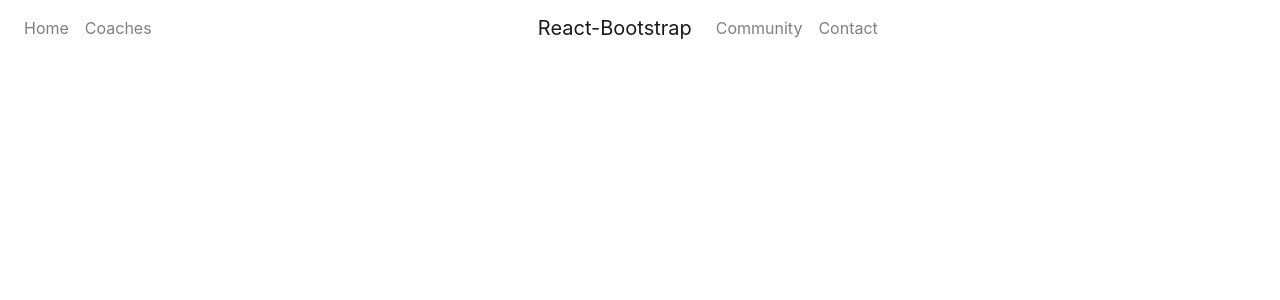
Repository: rihemebh/PersoCoach-Back
Page: / (app in persocoach/persocoach-front/)
These files come from the project's save history. The page is drawn as it stood at one moment and after the next save; the edit follows.
The browser window is 1280 px wide. The pictures show the whole page.
The project was rebuilt for these pictures with package versions that can differ from the ones it lists, and the page was loaded fresh each time.

Above is the page before, as saved 2021-04-18 01:06:11.

### persocoach/persocoach-front/src/index.js
import React from 'react';
import ReactDOM from 'react-dom';
import './index.css';
//import App from './App';
import Mynavbar from './Mynavbar';
import reportWebVitals from './reportWebVitals';
import '../node_modules/bootstrap/dist/css/bootstrap.min.css';
//import { NavbarBrand } from 'react-bootstrap';

ReactDOM.render(
  <React.StrictMode>
    <Mynavbar />
  </React.StrictMode>,
  document.getElementById('root')
);

// If you want to start measuring performance in your app, pass a function
// to log results (for example: reportWebVitals(console.log))
// or send to an analytics endpoint. Learn more: https://bit.ly/CRA-vitals
reportWebVitals();

### persocoach/persocoach-front/src/Mynavbar.js
import React, { Component } from 'react';
import {Nav,  Navbar,NavDropdown} from 'react-bootstrap';


export default class Mynavbar extends Component {
  render() {
    return (
      <Navbar bg="white" expand="lg">

      <Navbar.Toggle aria-controls="basic-navbar-nav" />
      <Navbar.Collapse >
        <Nav className="mr-auto">
          <Nav.Link href="#home">Home</Nav.Link>
          <Nav.Link href="#link">Coaches</Nav.Link>
        </Nav>
        <Navbar.Brand href="#home">React-Bootstrap</Navbar.Brand>
        <Nav className="mr-auto" id="basic-navbar-nav">
        <Nav.Link href="#link">Community</Nav.Link>
          <Nav.Link href="#link">Contact</Nav.Link>
          </Nav>
      </Navbar.Collapse>
    </Navbar>
    )
  }
}

Loaded but not shown: persocoach/persocoach-front/public/index.html (common file); persocoach/persocoach-front/src/index.css (common file); persocoach/persocoach-front/src/reportWebVitals.js (common file)

After the next save:
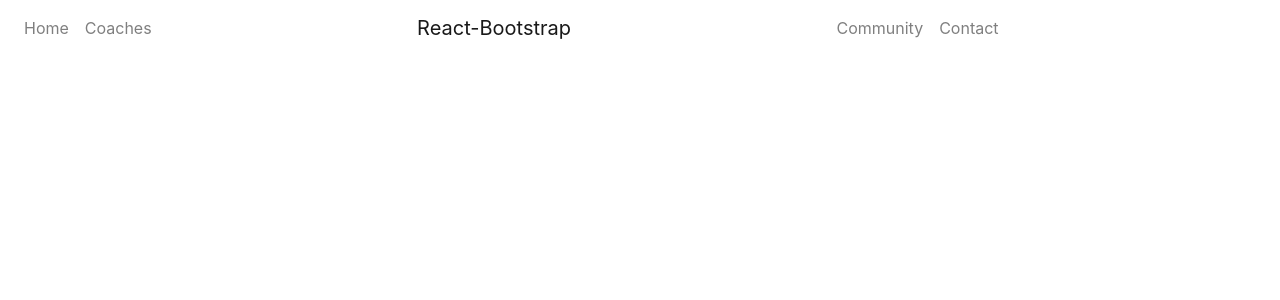
Saved 67 s later.
--- a/persocoach/persocoach-front/src/Mynavbar.js
+++ b/persocoach/persocoach-front/src/Mynavbar.js
@@ -13,7 +13,7 @@
           <Nav.Link href="#home">Home</Nav.Link>
           <Nav.Link href="#link">Coaches</Nav.Link>
         </Nav>
-        <Navbar.Brand href="#home">React-Bootstrap</Navbar.Brand>
+        <Navbar.Brand href="#home" className="mr-auto" >React-Bootstrap</Navbar.Brand>
         <Nav className="mr-auto" id="basic-navbar-nav">
         <Nav.Link href="#link">Community</Nav.Link>
           <Nav.Link href="#link">Contact</Nav.Link>
